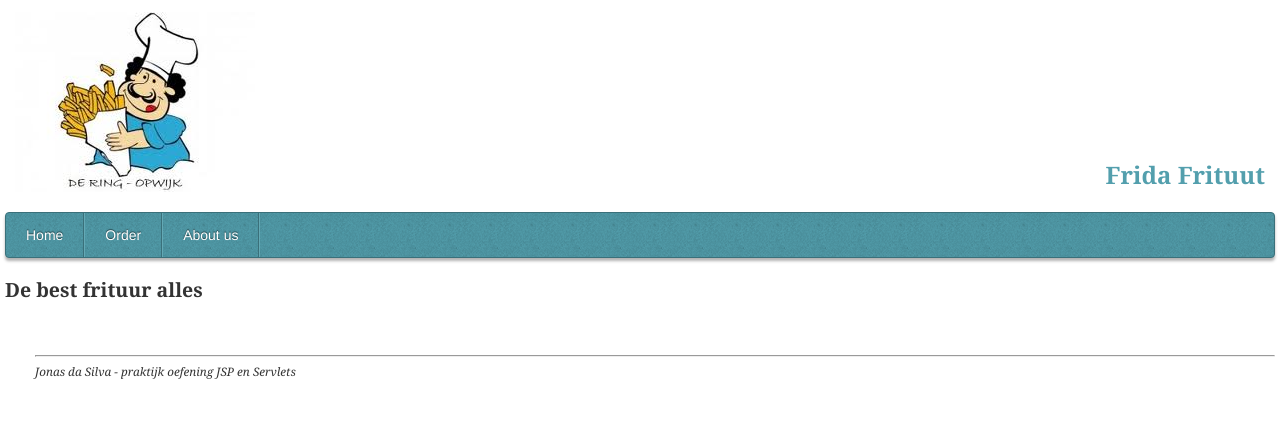
Repository: Projetos-intec/workspace-JavaWebJSP
Page: http://localhost/FrituurFrida/
An editor plug-in stored every save of this project. The page is shown before and after the next save, followed by the edit.
The browser window is 1280 px wide. The pictures show the whole page.
The page is served by Tomcat 9. Other server files are loaded and not shown.

Above is the page before, as saved 2014-09-16 13:09:13.

### FrituurFrida/WebContent/index.jsp
<%@ page language="java" contentType="text/html; charset=ISO-8859-1"
	pageEncoding="ISO-8859-1"%>
<!DOCTYPE html PUBLIC "-//W3C//DTD HTML 4.01 Transitional//EN" "http://www.w3.org/TR/html4/loose.dtd">
<html>
<head>
<head>
<meta http-equiv="Content-Type" content="text/html; charset=ISO-8859-1">
<title>Welkom bij Frituur Frida</title>
<link rel='stylesheet' href='styles/default.css' />
</head>
<body>
	<header>
	<div id='logo'>
		<img src='images/logo.jpg' alt='Frituur Frida' />
	</div>
	<div id='demotitel'>

		<h1>Frida Frituut</h1>
	</div>
	</header>
	<nav>
	<ul>
		<li><a href='welkom'>Home</a></li>
		<li><a href='order'>Order</a></li>
		<li><a href='aboutus.html'>About us</a></li>
	</ul>
	</nav>
	<article>
	<h2>De best frituur alles</h2>
	<br />
	<div id='logo'>

		<h2>${msg}</h2>

		${msg2}

		<br />
		<p>
	</div>


	</article>

	<footer>
	<hr />
	Jonas da Silva - praktijk oefening JSP en Servlets </footer>

</body>
</html>

### FrituurFrida/WebContent/styles/default.css
body {
	font-family: Georgia, "Times New Roman", Times, serif;
	font-size: 13px;
	color: #333;
	background-color: #FFF;
	margin: 0;
	padding: 0;
}

p {
	padding: 10px;
}

h1 {
	font-size: 24px;
	color: #539FAD;
}

table {
	margin: 1em 0;
	border-collapse: collapse;

}

table caption {
	text-align: left;
	font-weight: bold;
	padding: 0 0 .3em;
	color: #003d5d;
}

table td,table th {
	text-align: left;
	border: 1px solid #b1d2e4;
	padding: 3px 20px;
	vertical-align: top;
}

table th {
	font-weight: bold;
    background: #EEE url(pattern.png) top left repeat;
}

table thead th {
	background: #ecf7fd;
}

header {
	height: 200px;
}

nav {
	width: auto;
	margin: 0 5px 0 5px;
}

nav ul,
nav li nav a {
  list-style: none;
  margin: 0;
  padding: 0;
  border: 0;
  font-size: 14px;
  font-family: Helvetica;
  line-height: 1;
}

nav ul {
  zoom: 1;
  background: #539fad url(pattern.png) top left repeat;
  -webkit-border-radius: 4px;
  -moz-border-radius: 4px;
  border-radius: 4px;
  border: 1px solid #3a707a;
  -moz-box-shadow: 0 3px 3px rgba(0, 0, 0, 0.3);
  -webkit-box-shadow: 0 3px 3px rgba(0, 0, 0, 0.3);
  box-shadow: 0 3px 3px rgba(0, 0, 0, 0.3);
}
nav ul:before {
  content: '';
  display: block;
}
nav ul:after {
  content: '';
  display: table;
  clear: both;
}
nav a,
nav a:link,
nav a:visited {
  padding: 15px 20px;
  display: block;
  text-decoration: none;
  color: #ffffff;
  text-shadow: 0 -1px 1px #214046;
  border-right: 1px solid #3a707a;
}
nav a:hover {
  color: #214046;
  text-shadow: 0 1px 1px #76b2bd;
}
nav li {
  float: left;
  border-right: 1px solid #64a9b5;
}
nav li:hover {
  background: #4a8f9c url(pattern.png) top left repeat;
}
nav li:first-child {
  border-left: none;
  -webkit-border-radius: 4px 0 0 4px;
  -moz-border-radius: 4px 0 0 4px;
  border-radius: 4px 0 0 4px;
}

header, article, footer {
	padding: 2px 5px 10px 5px;
}

footer {
	font-style: italic;
	font-size: 0.9em;
}

#logo {
	margin: 10px 0 -23px 10px;
	float: left;
}

#demotitel {
	margin: 140px 10px 0 0;
	float: right;

}

After the next save:
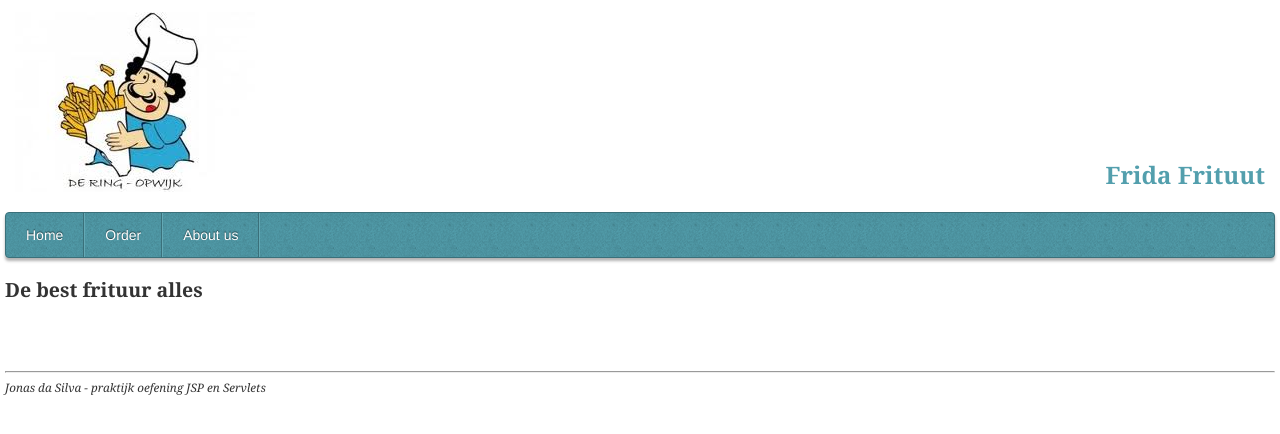
Saved 16 s later.
--- a/FrituurFrida/WebContent/index.jsp
+++ b/FrituurFrida/WebContent/index.jsp
@@ -28,15 +28,11 @@
 	<article>
 	<h2>De best frituur alles</h2>
 	<br />
-	<div id='logo'>
 
 		<h2>${msg}</h2>
 
 		${msg2}
 
-		<br />
-		<p>
-	</div>
 
 
 	</article>
